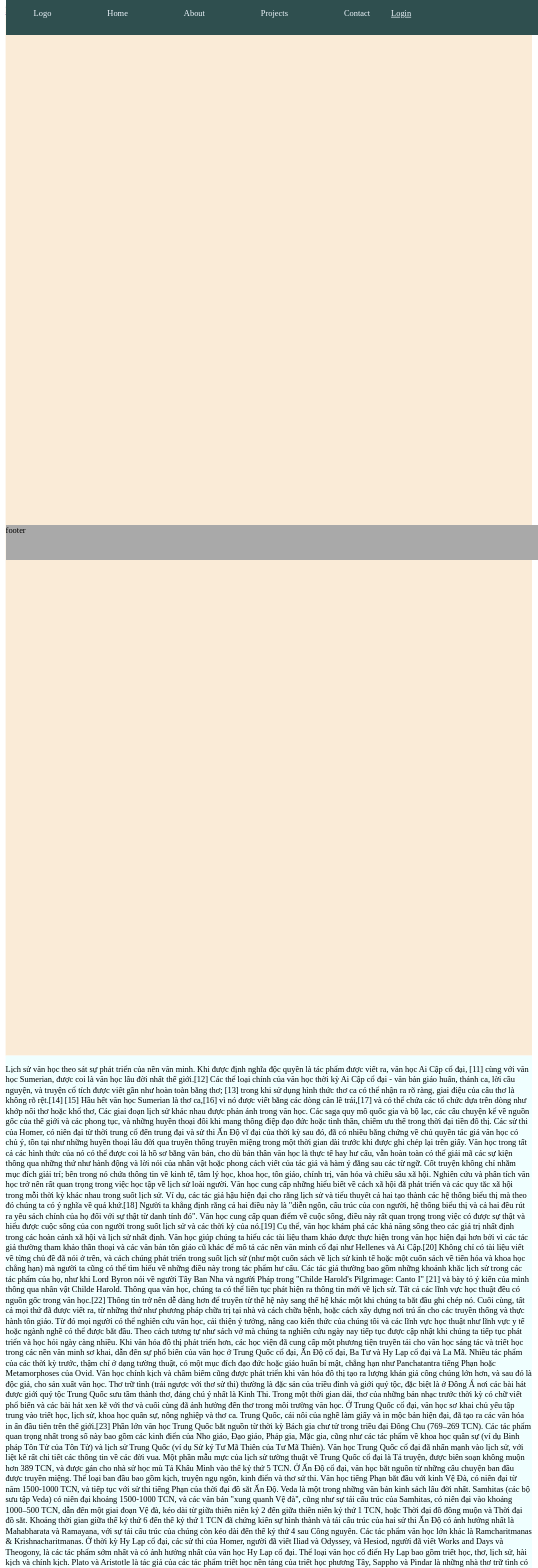
Repository: congle98/CSS_LayoutRWDCoBan
Page: index.html
These files come from the project's save history. The page is drawn as it stood at one moment and after the next save; the edit follows.
The browser window is 768 px wide. The pictures show the part of the page from y = 0 to 2240 px (the page is 4508 px tall before and 3200 px after), at 70% of full size.

Above is the page before, as saved 2021-05-26 16:26:11.

After the next save:
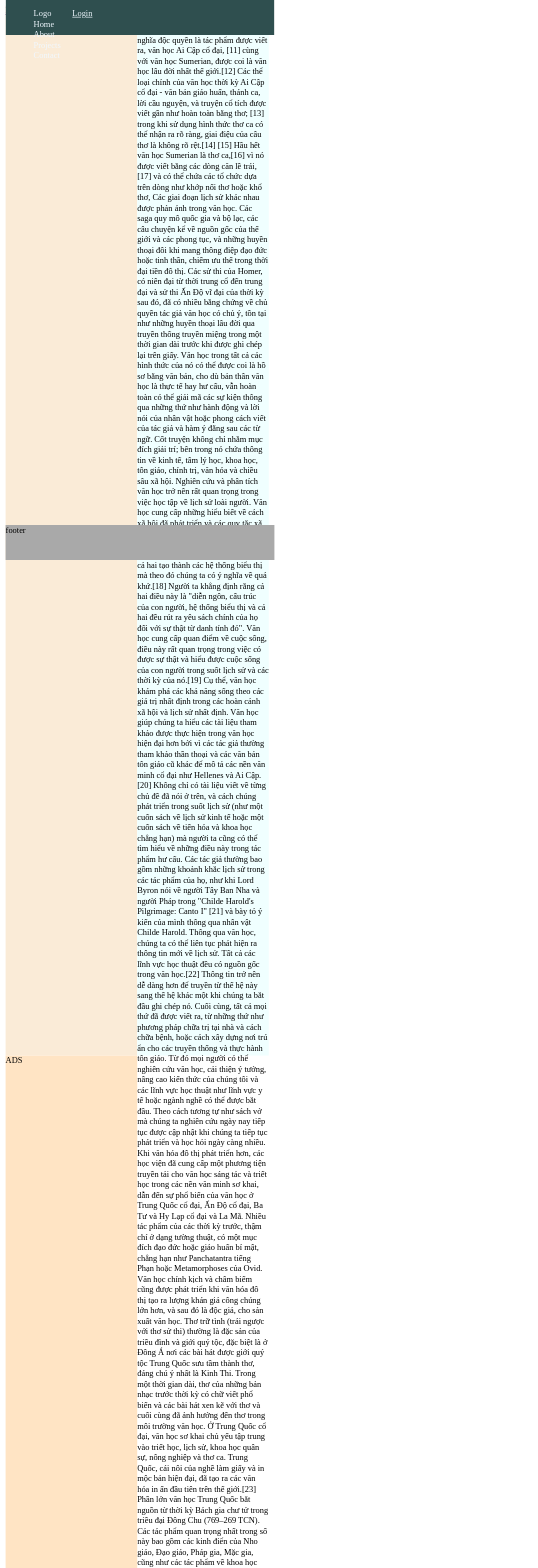
Saved 45 s later.
--- a/index.html
+++ b/index.html
@@ -72,7 +72,7 @@
         @media only screen and (max-width: 768px) {
     /* For mobile phones: */
     [class*="col-"] {
-        width: 100%;
+        width: 50%;
     }
 }
     </style>
